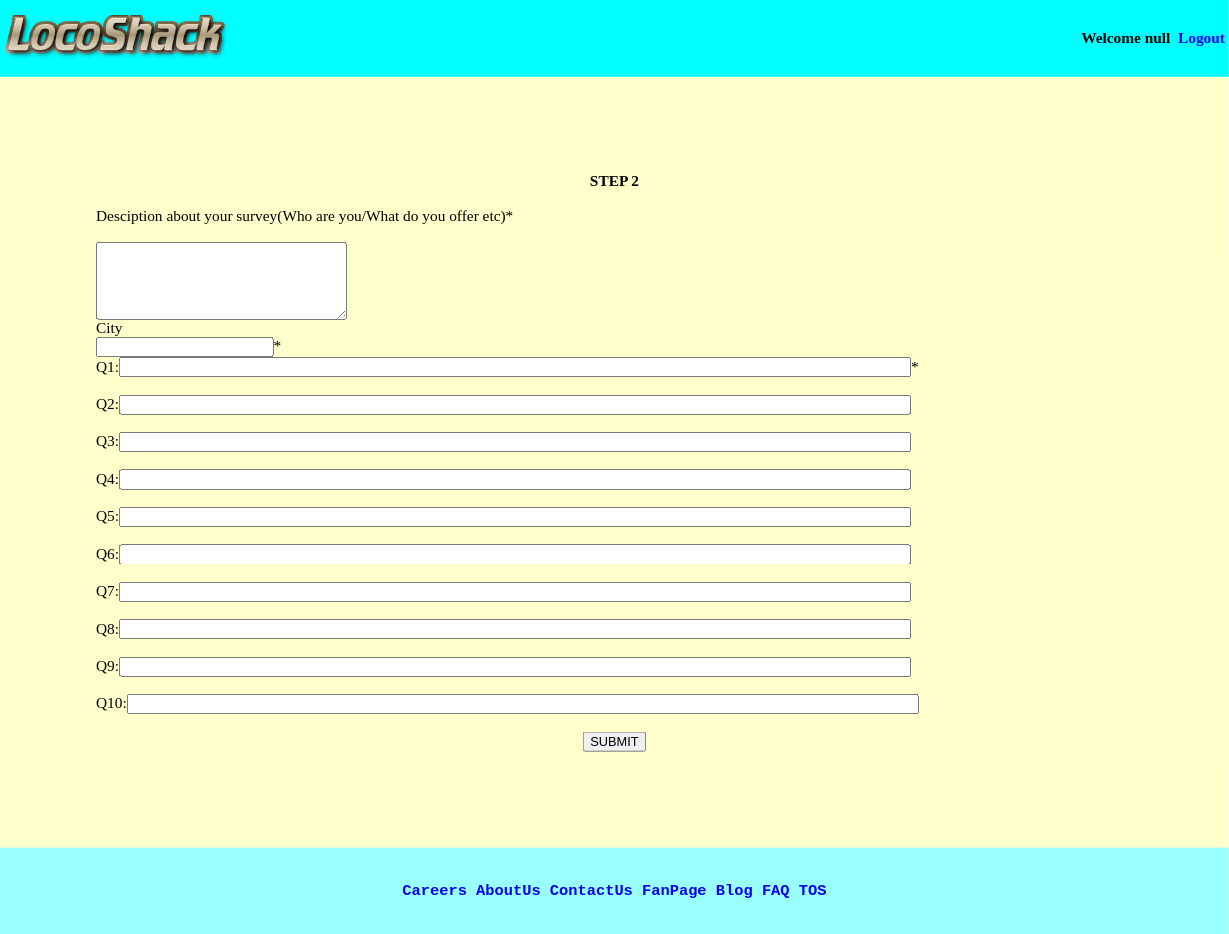
Repository: nicks707/LocoShack_TGMC-project
Page: http://localhost/ram/createsurvey2.jsp
These files come from the project's save history. The page is drawn as it stood at one moment and after the next save; the edit follows.
The browser window is 1280 px wide. The pictures show the whole page, at 96% of full size.
The page is served by Tomcat 9.

Above is the page before, as saved 2012-03-21 08:57:05.

After the next save:
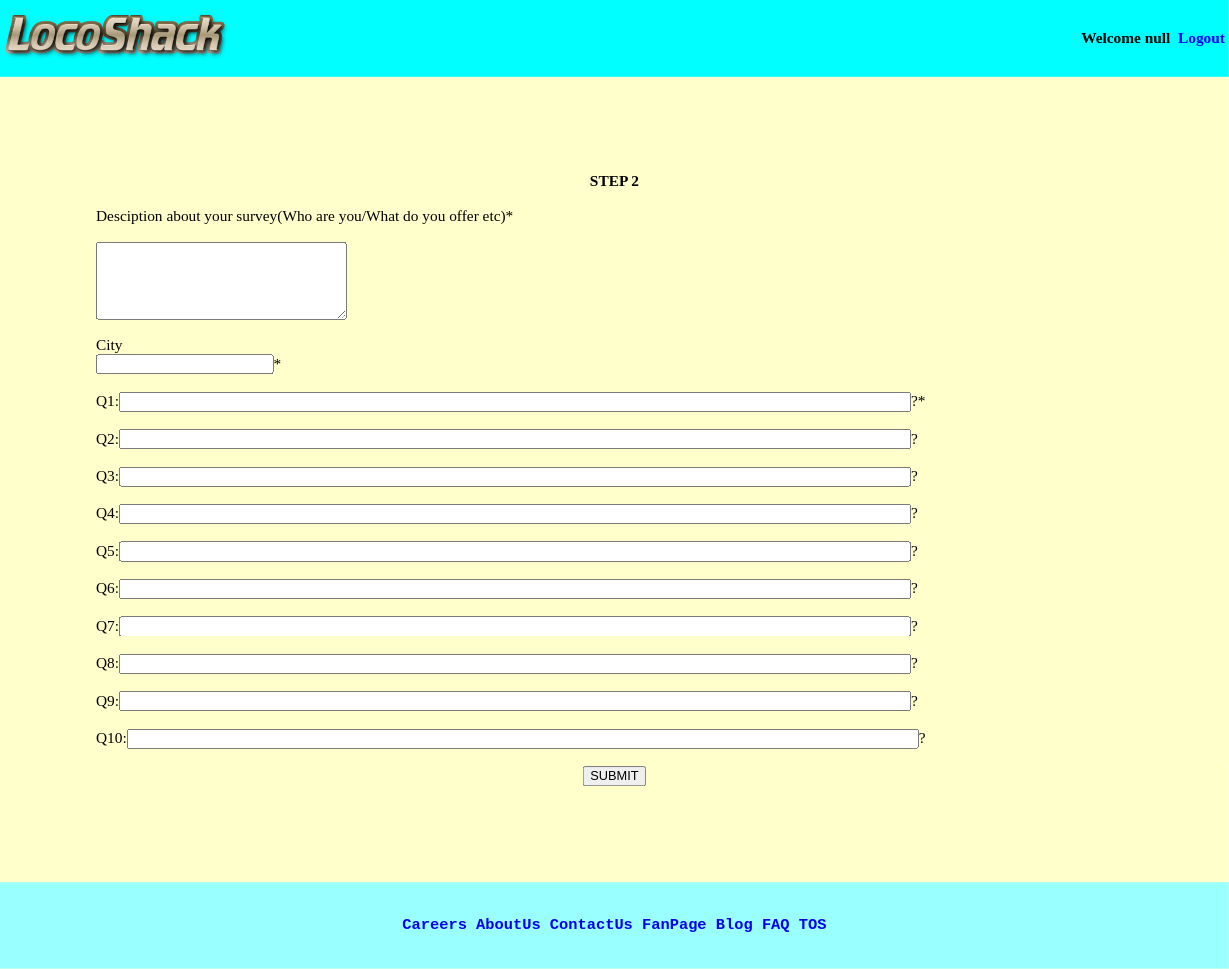
Saved 89 s later.
--- a/ram/WebContent/createsurvey2.jsp
+++ b/ram/WebContent/createsurvey2.jsp
@@ -32,18 +32,18 @@ return false;
 <center><b>STEP 2</b></center><br/>
 <form action="" name="myform" onsubmit="checkfield()">
 Desciption about your survey(Who are you/What do you offer etc)*<br/><br/>
-<textarea rows="5" cols="30" name="des" id="des"></textarea><br/>
-City<br/><input type="text" name="city" id="city">*<br/>
-Q1:<input type="text" name="q1" id="q1" size="100">*<br/><br/>
-Q2:<input type="text" name="q2" id="q2"size="100"><br/><br/>
-Q3:<input type="text" name="q3" id="q3" size="100"><br/><br/>
-Q4:<input type="text" name="q4" id="q4" size="100"><br/><br/>
-Q5:<input type="text" name="q5" id="q5" size="100"><br/><br/>
-Q6:<input type="text" name="q6" id="q6" size="100"><br/><br/>
-Q7:<input type="text" name="q7" id="q7" size="100"><br/><br/>
-Q8:<input type="text" name="q8" id="q8" size="100"><br/><br/>
-Q9:<input type="text" name="q9" id="q9" size="100"><br/><br/>
-Q10:<input type="text" name="q10" id="q10" size="100"><br/><br/>
+<textarea rows="5" cols="30" name="des" id="des"></textarea><br/><br/>
+City<br/><input type="text" name="city" id="city">*<br/><br/>
+Q1:<input type="text" name="q1" id="q1" size="100">?*<br/><br/>
+Q2:<input type="text" name="q2" id="q2"size="100">?<br/><br/>
+Q3:<input type="text" name="q3" id="q3" size="100">?<br/><br/>
+Q4:<input type="text" name="q4" id="q4" size="100">?<br/><br/>
+Q5:<input type="text" name="q5" id="q5" size="100">?<br/><br/>
+Q6:<input type="text" name="q6" id="q6" size="100">?<br/><br/>
+Q7:<input type="text" name="q7" id="q7" size="100">?<br/><br/>
+Q8:<input type="text" name="q8" id="q8" size="100">?<br/><br/>
+Q9:<input type="text" name="q9" id="q9" size="100">?<br/><br/>
+Q10:<input type="text" name="q10" id="q10" size="100">?<br/><br/>
 
 
 <center><input type='submit' value='SUBMIT'></center>
